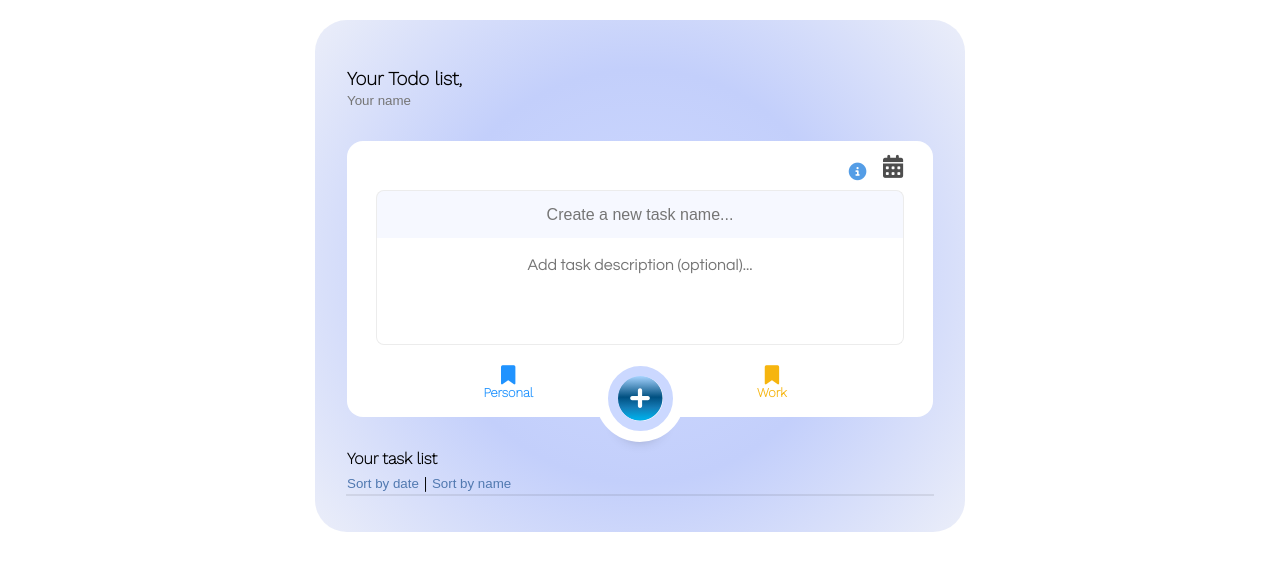
Repository: WesleyErasmus/Todo-App
Page: todoApp.html
The author's editor kept a copy of each file at every save. The page is drawn from the files as they stood at one save, then again after the next save.
The browser window is 1280 px wide. The pictures show the whole page.
Some web libraries are served in a nearby version.

Above is the page before, as saved 2022-06-26 18:31:38.

After the next save:
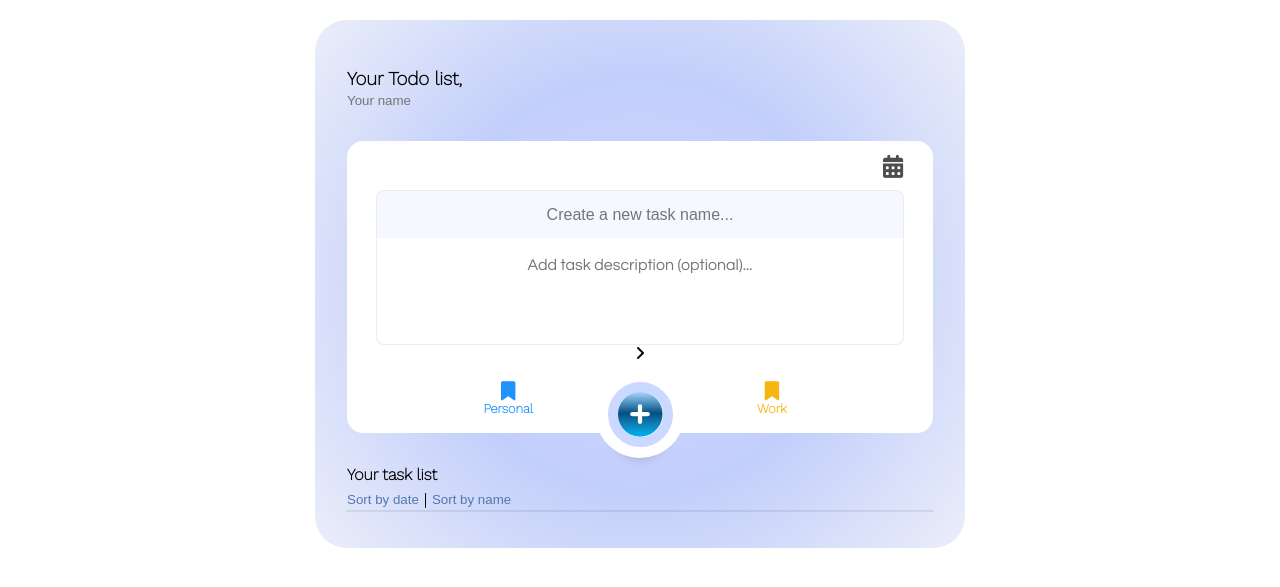
Saved 3 min 27 s later.
--- a/todoApp.html
+++ b/todoApp.html
@@ -45,7 +45,7 @@
                     <textarea name="description" id="description" cols="30" rows="3" placeholder="Add task description (optional)..."></textarea>
 
                     <!-- Due date icon arrow pointer -->
-                    <i class="fa-solid fa-circle-info"></i>
+                    <i class="fa-solid fa-angle-right"></i>
                     <!-- Due date calendar icon -->
                     <span class="datePicker-toggle">
                         <span class="datePicker-toggle-button"></span>

After the save that followed:
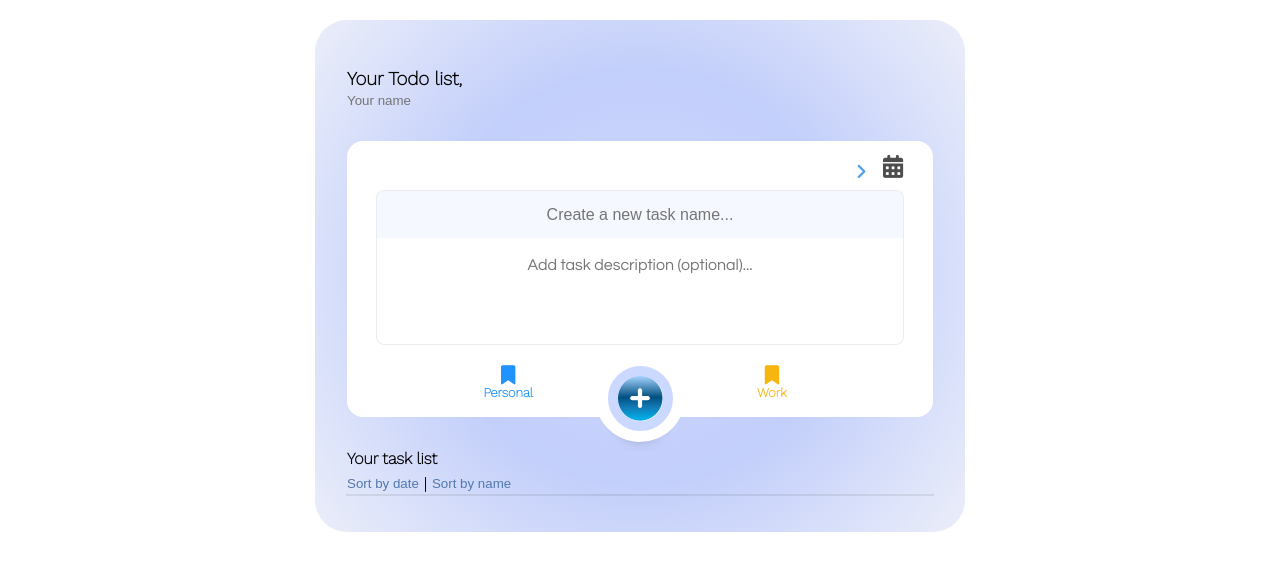
Saved 17 s later.
--- a/css/todoApp.css
+++ b/css/todoApp.css
@@ -147,7 +147,7 @@ header {
 /* ADD DUE DATE CALENDAR STYLING */
 /* Calendar icon positioning */
 /* Calendar info icon */
-.fa-circle-info {
+.fa-angle-right {
   font-size: 1.1rem;
   position: absolute;
   right: 65px;
